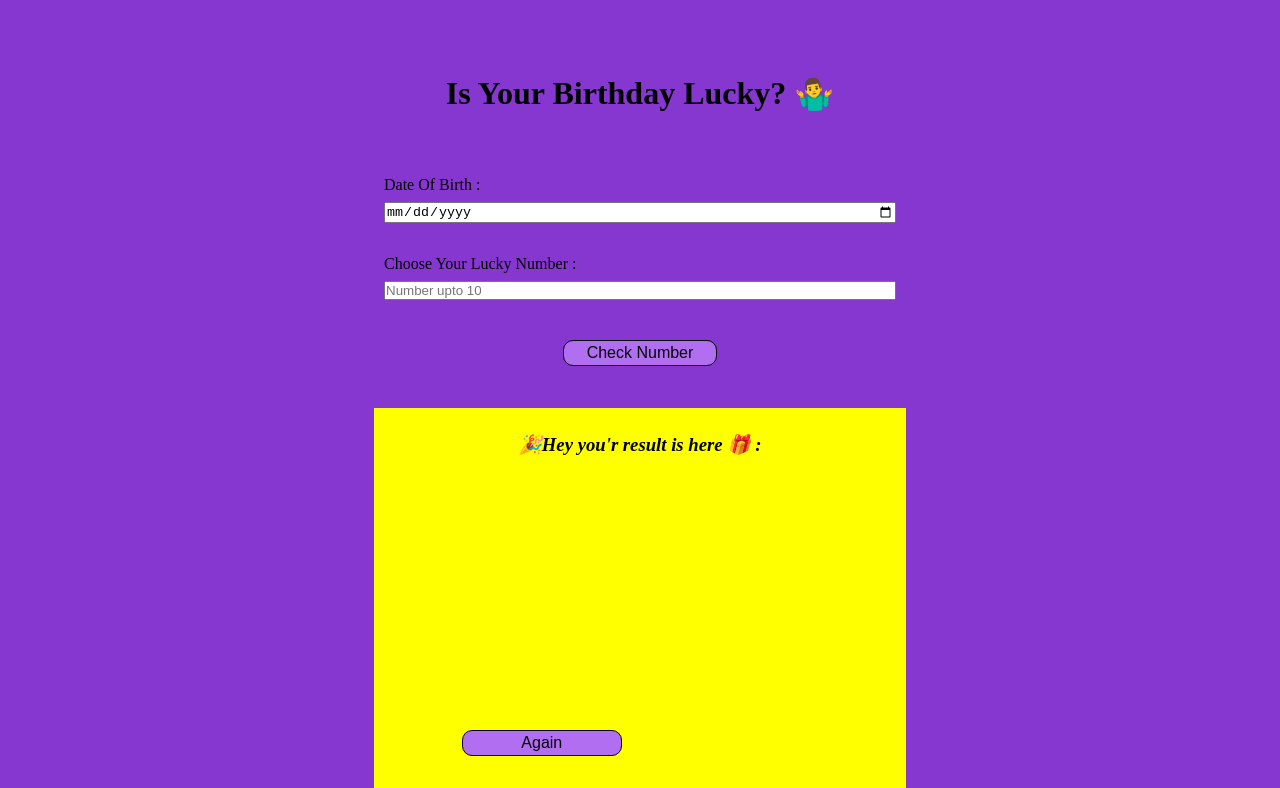
Repository: patelamancode/Lucky-Birthday-App
Page: index.html
The author's editor kept a copy of each file at every save. The page is drawn from the files as they stood at one save, then again after the next save.
The browser window is 1280 px wide. The pictures show the whole page.

Above is the page before, as saved 2022-11-23 15:26:14.

After the next save:
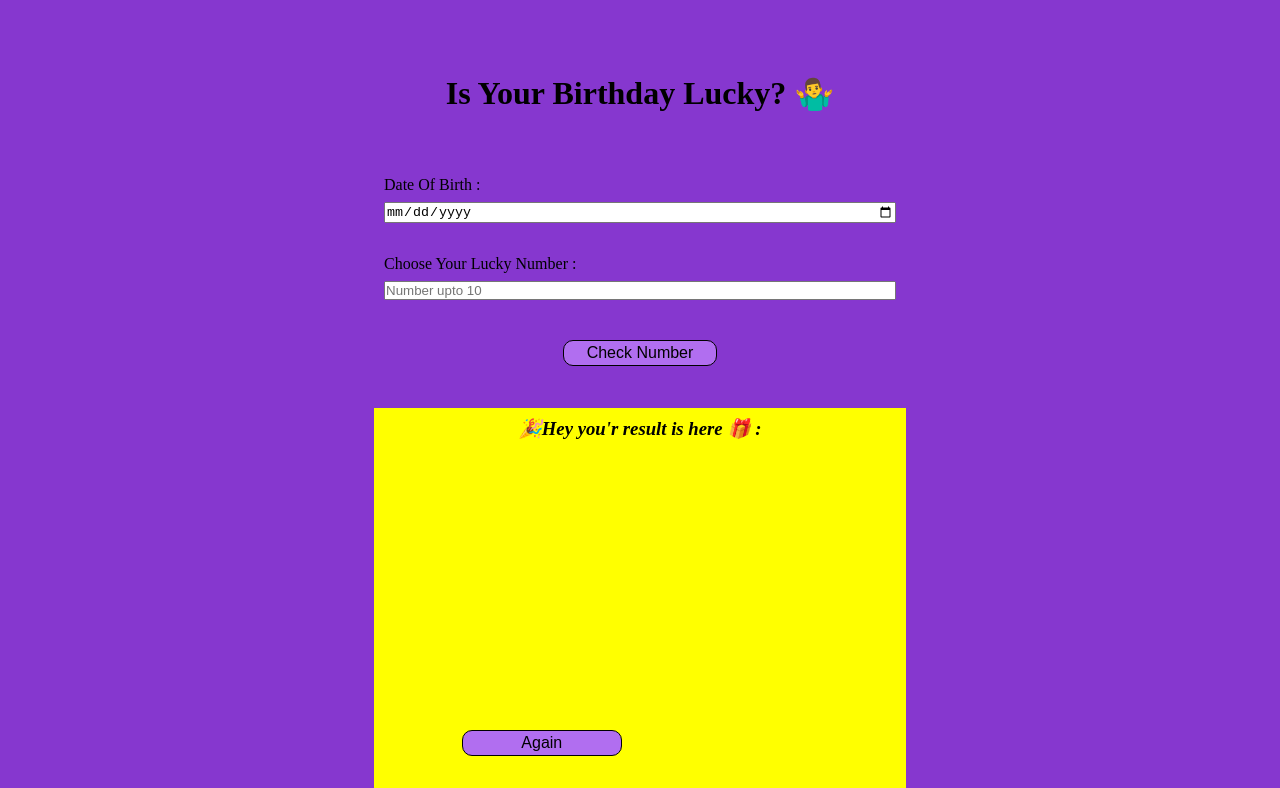
Saved 8 s later.
--- a/index.css
+++ b/index.css
@@ -57,7 +57,7 @@
  }
 #result-heading{
   font-style: italic;
-  margin: 1rem 0.5rem;
+  margin: 1rem, 0.5rem;
  }
 
  #back-btn{
